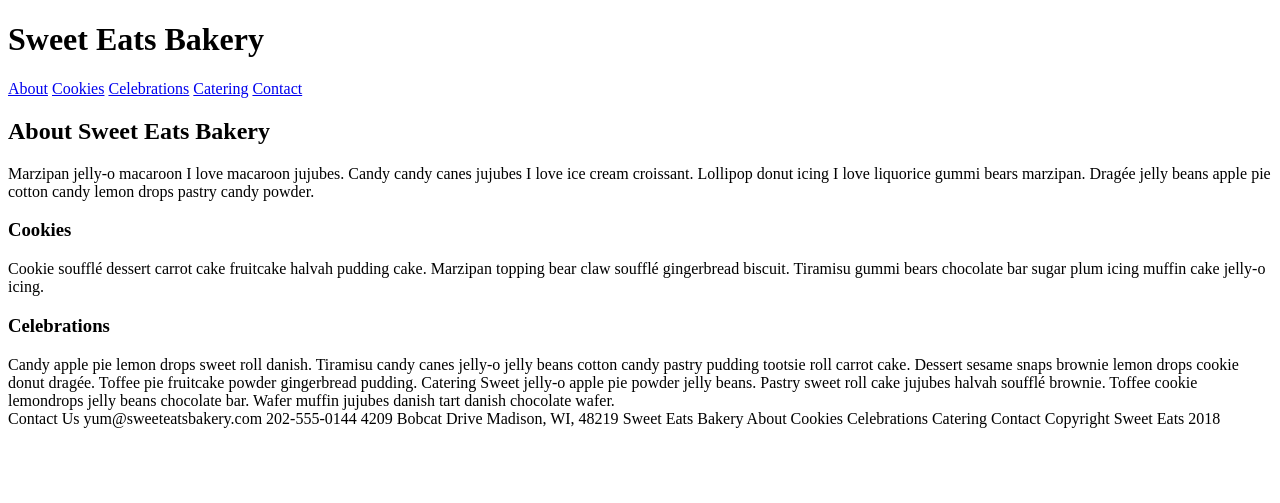
Repository: yoshimario/web-module-challenge-user-interface
Page: index.html
An editor plug-in stored every save of this project. The page is shown before and after a run of saves, followed by the edit.
The browser window is 1280 px wide. The pictures show the whole page.
Some web fonts or font styles are not loaded; a fallback is used.

Above is the page before, as saved 2023-05-14 14:40:31.

After the next 2 saves:
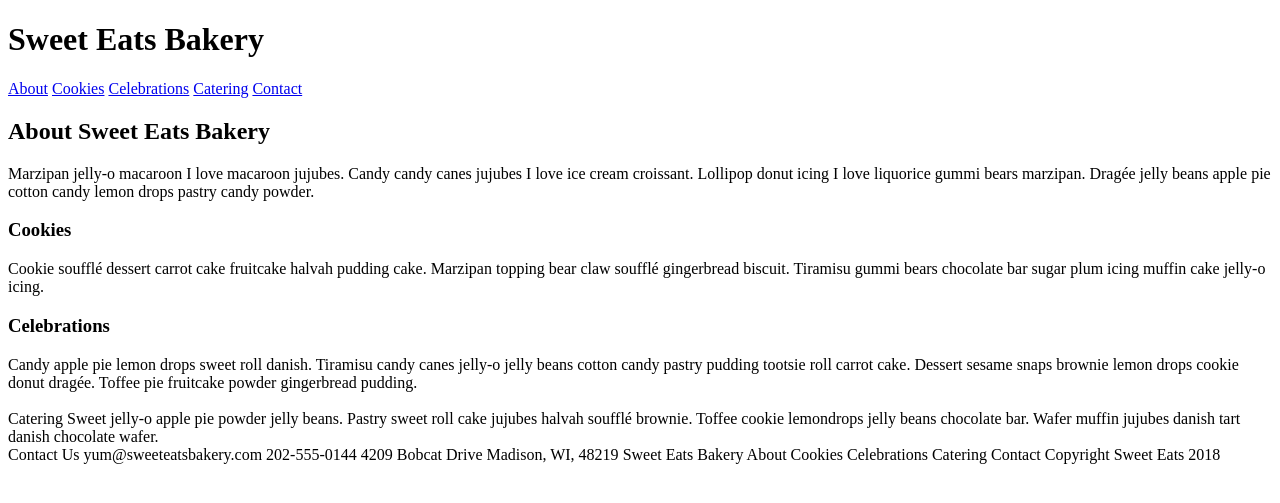
The 2 saves are shown as one change because they came seconds apart.
The last was saved 12 s later.
--- a/index.html
+++ b/index.html
@@ -50,7 +50,7 @@ tootsie roll carrot cake. Dessert sesame snaps brownie lemon drops cookie donut
 gingerbread pudding.
 
     <!-- Image https://tk-assets.lambdaschool.com/ab0cb095-5900-476c-b042-aea065d3dbbf_ui-i-bakery-celebrate.png -->
-Catering
+<h3></h3>Catering
 
 Sweet jelly-o apple pie powder jelly beans. Pastry sweet roll cake jujubes halvah soufflé brownie. Toffee cookie
 lemondrops jelly beans chocolate bar. Wafer muffin jujubes danish tart danish chocolate wafer.
